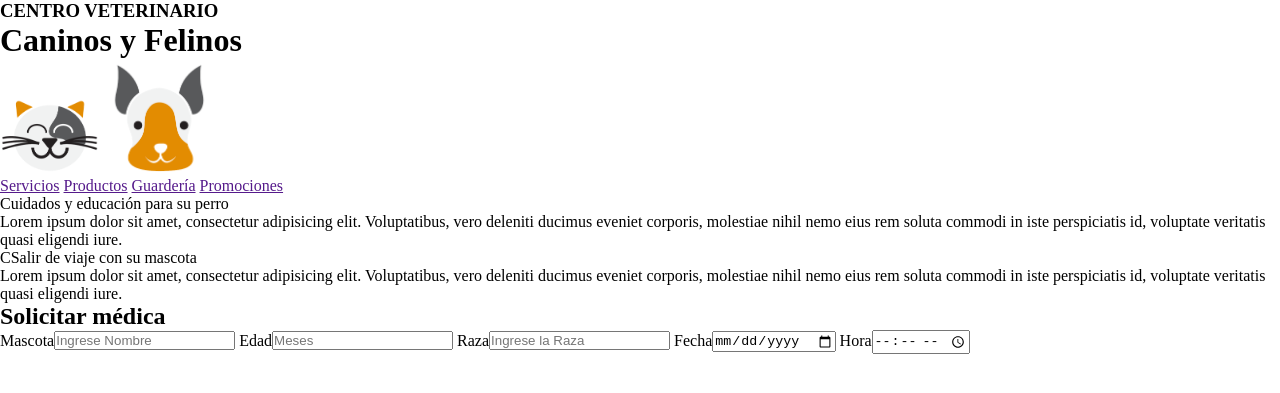
Repository: mariomr87/senaweb01
Page: principal.html
An editor plug-in stored every save of this project. The page is shown before and after the next save, followed by the edit.
The browser window is 1280 px wide. The pictures show the whole page.

Above is the page before, as saved 2021-09-26 16:16:15.

### principal.html
<!DOCTYPE html>
<html lang="en">
<head>
    <meta charset="UTF-8">
    <meta http-equiv="X-UA-Compatible" content="IE=edge">
    <meta name="viewport" content="width=device-width, initial-scale=1.0">
    <link rel="stylesheet" href="estilos.css">
    <title>Document</title>
</head>
<body>
    <div>
        <header>
            <div>
                <h3>CENTRO VETERINARIO</h3>
                <h1>Caninos y Felinos</h1>
                <img src="./imagenes/cat_white.png" alt="">
                <img src="./imagenes/dog_white.png" alt="">
            </div>
        </header>
        <nav>
            <td>
                <tr><a href="">Servicios</a></tr>
                <tr><a href="">Productos</a></tr>
                <tr><a href="">Guardería</a></tr>
                <tr><a href="">Promociones</a></tr>
            </td>
        </nav>
        <section>
            <article>
                <p>Cuidados y educación para su perro</p>
                <p>Lorem ipsum dolor sit amet, consectetur adipisicing elit. Voluptatibus, vero deleniti ducimus eveniet corporis, molestiae nihil nemo eius rem soluta commodi in iste perspiciatis id, voluptate veritatis quasi eligendi iure.</p>
            </article>
            <article>
                <p>CSalir de viaje con su mascota</p>
                <p>Lorem ipsum dolor sit amet, consectetur adipisicing elit. Voluptatibus, vero deleniti ducimus eveniet corporis, molestiae nihil nemo eius rem soluta commodi in iste perspiciatis id, voluptate veritatis quasi eligendi iure.</p>
            </article>
        </section>
        <aside>
            <form action="">
                <div><h2>Solicitar médica</h2></div>
                <div>
                    <label for="mascota_name">Mascota</label><input type="text" placeholder="Ingrese Nombre" id="">
                    <label for="age_pet">Edad</label><input type="number" name="" id="" placeholder="Meses">
                    <label for="raza_pet">Raza</label><input type="text" name="" id="" placeholder="Ingrese la Raza">
                    <label for="fecha_ingreso_pet">Fecha</label><input type="date" name="" id="">
                    <label for="hora_ingreso_pet">Hora</label><input type="time" name="" id="">

                </div>
            </form>
        </aside>
        <footer>
        </footer>
    </div>
</body>
</html>

### estilos.css
*{
    margin: 0px;
    padding: 0px;
}

header div img{
    width: 8%;
}

After the next save:
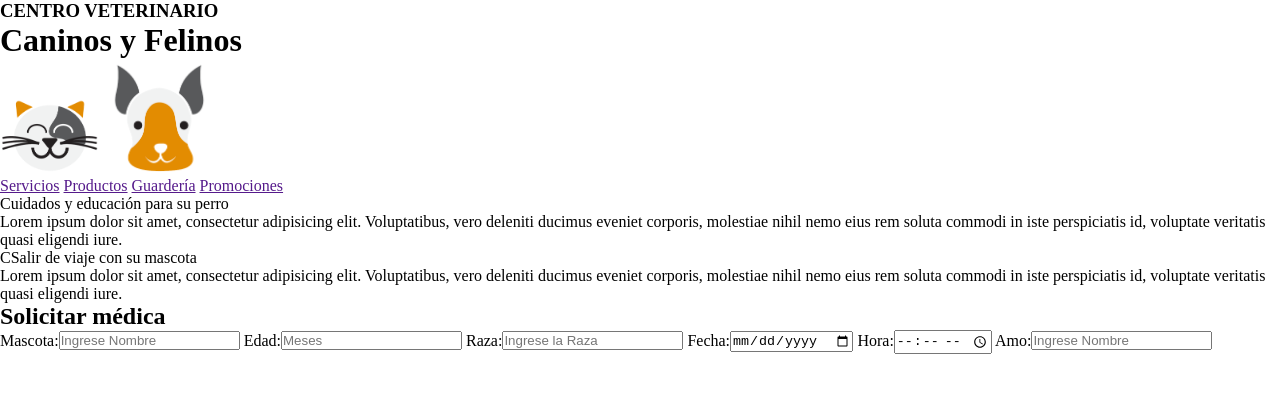
Saved 54 s later.
--- a/principal.html
+++ b/principal.html
@@ -39,11 +39,12 @@
             <form action="">
                 <div><h2>Solicitar médica</h2></div>
                 <div>
-                    <label for="mascota_name">Mascota</label><input type="text" placeholder="Ingrese Nombre" id="">
-                    <label for="age_pet">Edad</label><input type="number" name="" id="" placeholder="Meses">
-                    <label for="raza_pet">Raza</label><input type="text" name="" id="" placeholder="Ingrese la Raza">
-                    <label for="fecha_ingreso_pet">Fecha</label><input type="date" name="" id="">
-                    <label for="hora_ingreso_pet">Hora</label><input type="time" name="" id="">
+                    <label for="mascota_name">Mascota:</label><input type="text" placeholder="Ingrese Nombre" id="">
+                    <label for="age_pet">Edad:</label><input type="number" name="" id="" placeholder="Meses">
+                    <label for="raza_pet">Raza:</label><input type="text" name="" id="" placeholder="Ingrese la Raza">
+                    <label for="fecha_ingreso_pet">Fecha:</label><input type="date" name="" id="">
+                    <label for="hora_ingreso_pet">Hora:</label><input type="time" name="" id="">
+                    <label for="amo_pet">Amo:</label><input type="text" name="" id="" placeholder="Ingrese Nombre">
 
                 </div>
             </form>
